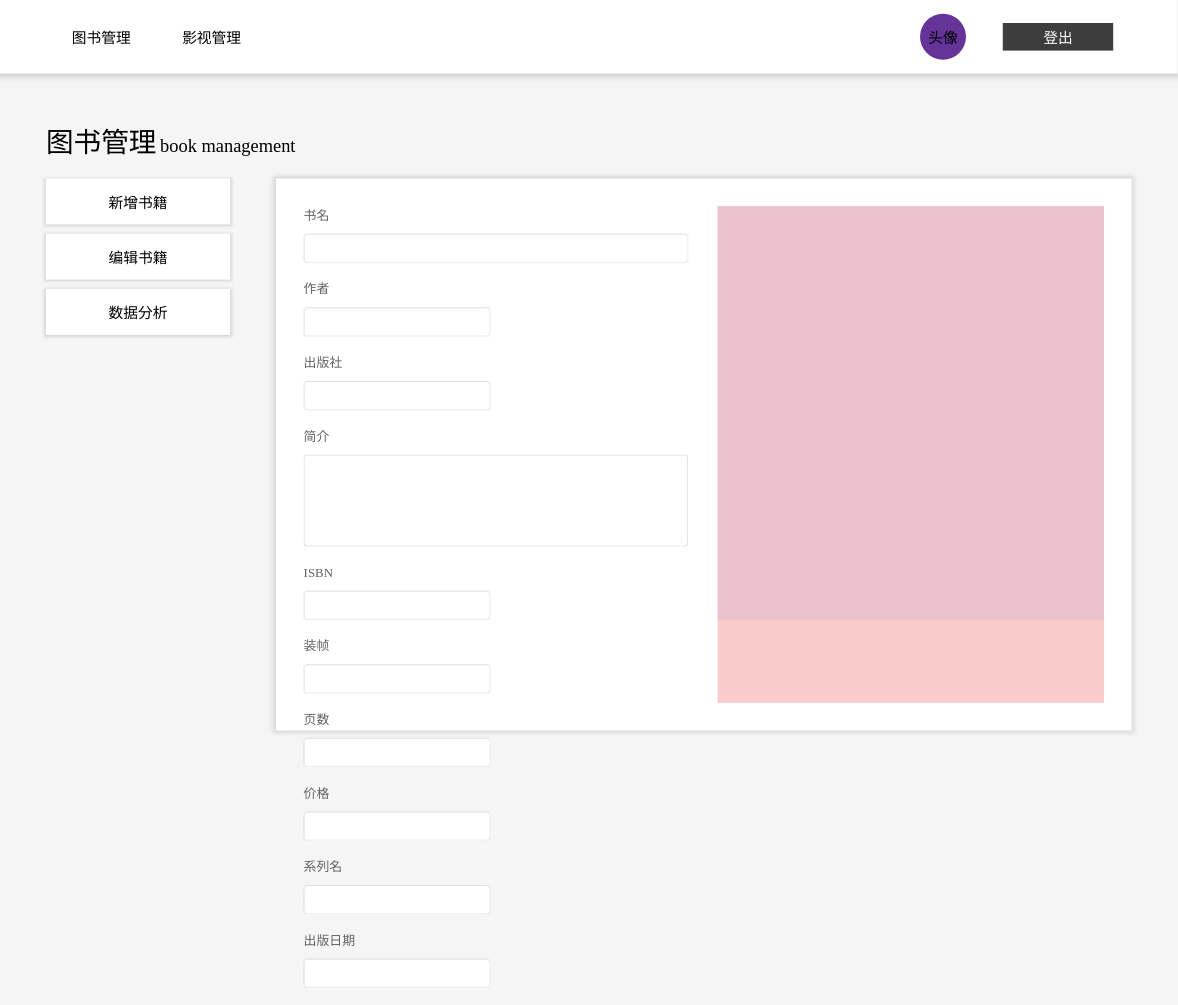
Repository: quanwangniuniu/Oasis-Reading-Platform
Page: /#/admin/books (app in Vue-frontend/)
These files come from the project's save history. The page is drawn as it stood at one moment and after the next save; the edit follows.
The browser window is 1280 px wide. The pictures show the whole page, at 92% of full size.
Some web fonts or font styles are not loaded; a fallback is used. The project was rebuilt for these pictures with package versions that can differ from the ones it lists, and the page was loaded fresh each time. Also part of the build but not shown: Vue-frontend/vite.config.js, Vue-frontend/src/components/Test.vue, Vue-frontend/src/components/user/books/BookCard.vue, Vue-frontend/src/components/axios/config.js, Vue-frontend/src/components/axios/api.js, Vue-frontend/src/components/user/books/Books.vue, Vue-frontend/src/components/user/movies/Favourites.vue, Vue-frontend/src/components/user/explore/Explore.vue and 10 more.

Above is the page before, as saved 2023-04-13 16:51:17.

After the next save:
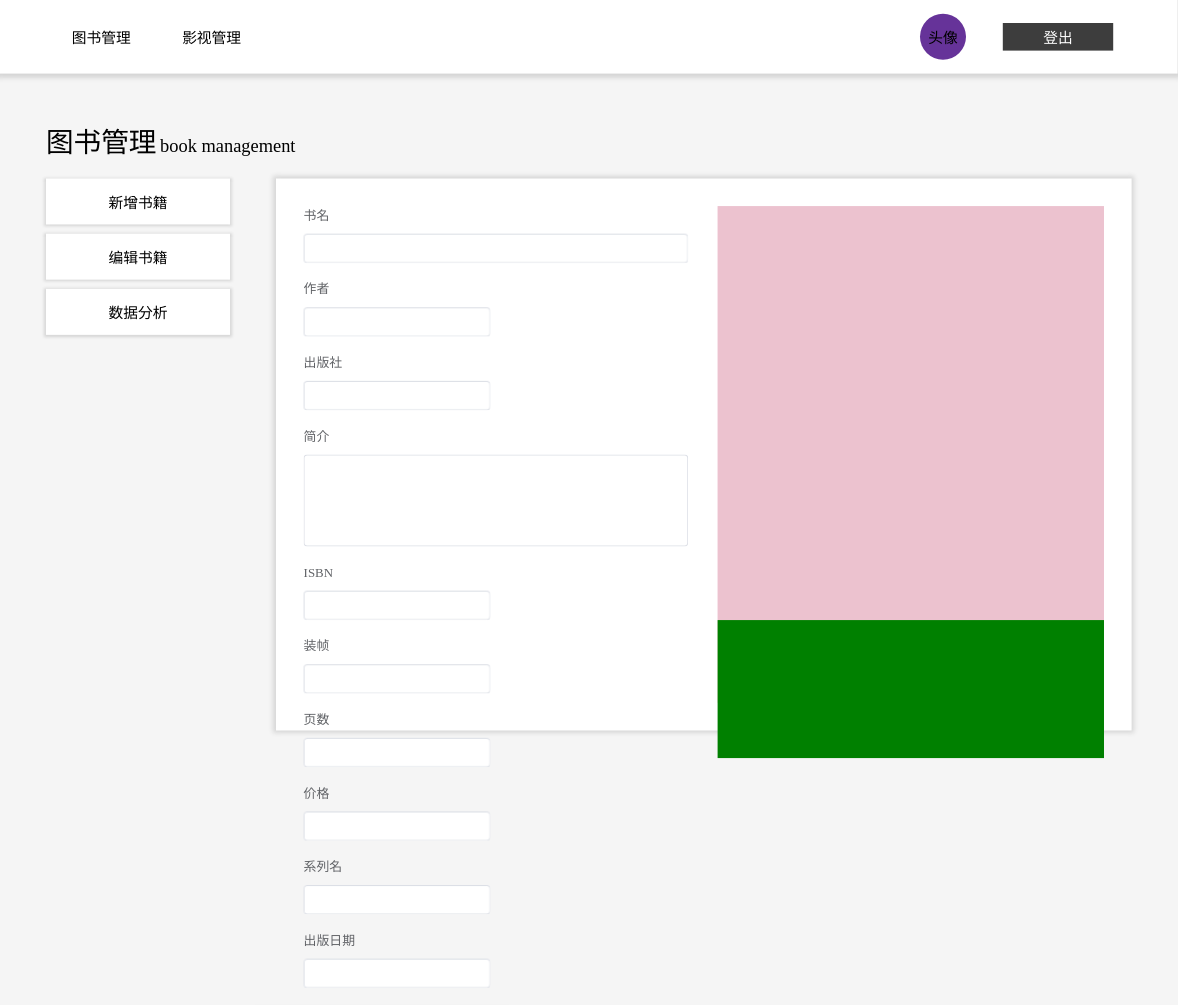
Saved 50 s later.
--- a/Vue-frontend/src/components/admin/bookManagement/BookManagement.vue
+++ b/Vue-frontend/src/components/admin/bookManagement/BookManagement.vue
@@ -139,6 +139,7 @@ const bookItem = ref({
 }
 
 .submit{
+  height: 150px;
   width: 100%;
   background-color: green;
 }
